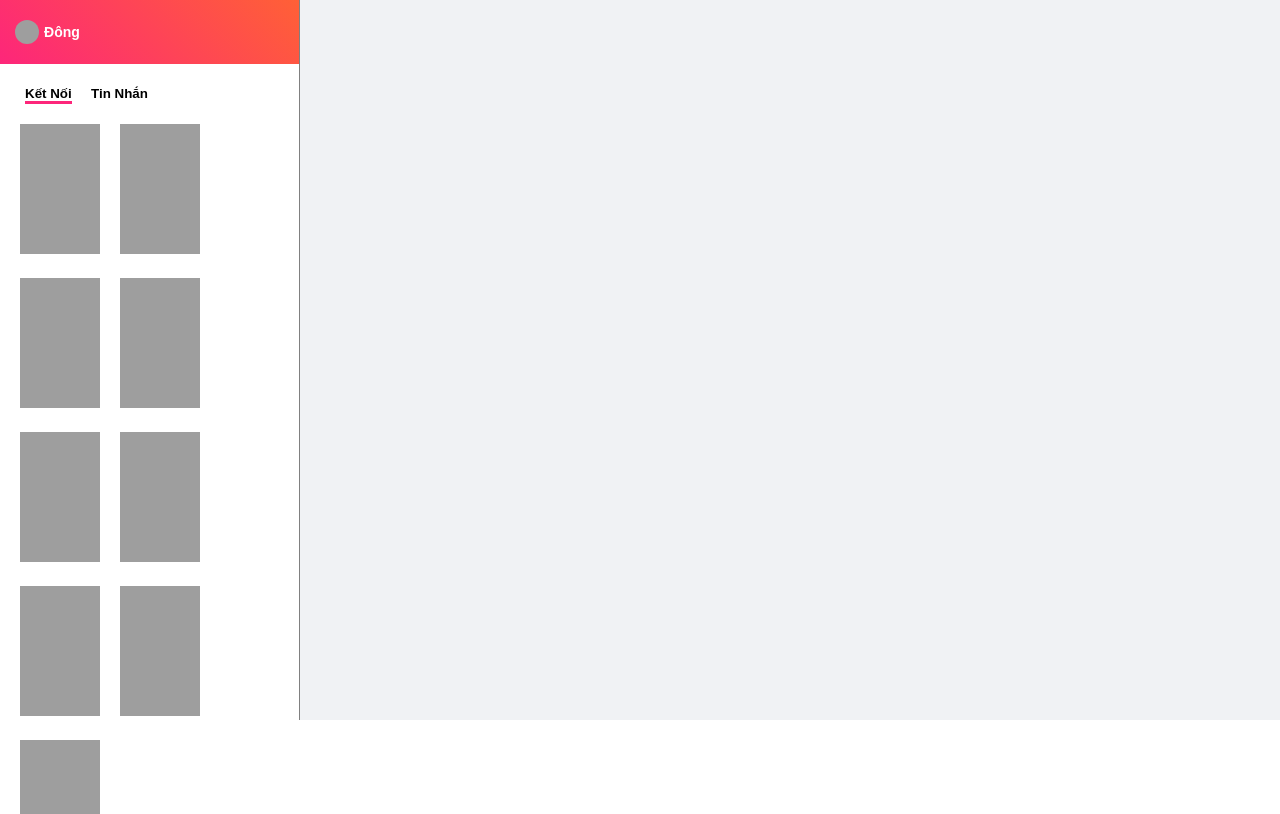
Repository: conquy2002/Project-Tinder
Page: Project RobinTinder/website/index.html
The author's editor kept a copy of each file at every save. The page is drawn from the files as they stood at one save, then again after the next save.
The browser window is 1280 px wide. The pictures show the whole page.
Pictures or frames that could not be fetched are drawn as grey boxes.

Above is the page before, as saved 2022-01-07 09:52:56.

### Project RobinTinder/website/index.html
<!DOCTYPE html>
<html lang="en">
<head>
    <meta charset="UTF-8">
    <meta http-equiv="X-UA-Compatible" content="IE=edge">
    <meta name="viewport" content="width=device-width, initial-scale=1.0">
    <title>Robin Hẹn hò</title>
    <link rel="stylesheet" href="./css/style.css" />
</head>
<body>
    <div class="main">
        <aside class="nav">
            <div class="nav__header">
                <div class="nav__hearder--profile">
                    <a href="#">
                        <img src = "https://scontent.fhph1-3.fna.fbcdn.net/v/t1.6435-1/c1.64.198.199a/p200x200/141433767_1108249559690088_990288042436184426_n.jpg?_nc_cat=107&ccb=1-5&_nc_sid=7206a8&_nc_ohc=5yxEM9Iimv0AX_4k7Ox&_nc_ht=scontent.fhph1-3.fna&oh=00_AT-vqYdzU7_RG4YwBws_REoHUQ_G1kzl29AkfIijrbwnXg&oe=61FCEA38">
                        <h3>Đông</h3>
                    </a>
                </div>
                <div class="nav__header--contact"></div>
            </div>
            <div class="nav__qc"></div>
            <div class="nav_content">
                <div class="nav_content-button">
                    <button type="button" class="nav-button nav-active" data-value = "ket_noi"><spam>Kết Nối</spam></button>
                    <button type="button" class="nav-button" data-value = "tin_nhan"><spam>Tin Nhắn</spam></button>
                </div>
                <div class="nav__content-main" id = "js_nav_content_main"></div>
            </div>
        </aside>
        <div class="content"></div>
    </div>
</body>
<script  type="text/javascript" src ="./js/main.js" ></script>
</html>

### Project RobinTinder/website/css/style.css
*{
    margin: 0;
    padding: 0;
    box-sizing: border-box;
}
body{
    font-family: sans-serif,Helvetica,Arial;
    overflow: hidden;
}
a{
    text-decoration: none;
}
.main{
    background-color: #f0f2f4;
    height: 100vh;
    width: 100%;
    display: flex;
}
.nav{
    flex-basis: 300px;
    height: 100%;
    border-right: .1px solid gray;
}
.nav__header{
    background: linear-gradient(
45deg,#fd267a,#ff6036);
    background-image: linear-gradient(
45deg, rgb(253, 38, 122), rgb(255, 96, 54));
    width: 100%;
    display: flex;
    overflow: hidden;
}
.nav__hearder--profile{
    padding: 15px 10px;
}
.nav__hearder--profile a{
    display: flex;
    padding: 5px;
    align-items: center;
    color: #fff;
    font-size: 12px;
    flex-basis: 25%;
    cursor: pointer;
}
.nav__hearder--profile img{
    height: 1.5rem;
    width: 1.5rem;
    border-radius: 50%;
    margin-right: 5px;
}
.nav__hearder--profile a:hover{
    background-color: rgba(0,0,0,.32)!important;
    border-radius: 36px;
}
.nav_content{
    background-color: #fff;
    padding: 10px;
    height: 100%;
}
.nav_content-button{
    padding: 10px;
}
.nav-button{
    border: none;
    background-color: #fff;
    font-weight: bold;
    cursor: pointer;
    margin-right: 10px;
    margin-left: 5px;
}
.nav-active{
    border-bottom: 3px solid #fd267a;
}
.nav__content-main{
    overflow: scroll;
    height: 100%;
    width: 100%;
    display: flex;
    flex-wrap: wrap;
}
.nav__content-main  .connection{
    position: relative;
}
.nav__content-main  .connection img{
    width: 80px;
    height: 130px;
    object-fit: cover;
    margin: 10px;
}
.nav__content-main .connection .connection_span{
    width: 90%;
    white-space: pre-wrap;
    position: absolute;
    /* left: 20px; */
    bottom: 50px;
    color: #fff;
}
.nav__content-main .connection .connection_span h3{
    position: absolute;
    font-size: 12px;
    hyphens: none;
    white-space: nowrap;
    text-overflow: ellipsis;
    overflow: hidden;
    max-width: 100%;
}
.content{

}

### Project RobinTinder/website/js/main.js
var ket_noi = [
    {
        img: "https://scontent.fhph1-3.fna.fbcdn.net/v/t1.6435-1/c1.64.198.199a/p200x200/141433767_1108249559690088_990288042436184426_n.jpg?_nc_cat=107&ccb=1-5&_nc_sid=7206a8&_nc_ohc=5yxEM9Iimv0AX_4k7Ox&_nc_ht=scontent.fhph1-3.fna&oh=00_AT-vqYdzU7_RG4YwBws_REoHUQ_G1kzl29AkfIijrbwnXg&oe=61FCEA38",
        name: "Nguyên Phấn Đông"
    }, {
        img: "https://scontent.fhph1-3.fna.fbcdn.net/v/t1.6435-1/c1.64.198.199a/p200x200/141433767_1108249559690088_990288042436184426_n.jpg?_nc_cat=107&ccb=1-5&_nc_sid=7206a8&_nc_ohc=5yxEM9Iimv0AX_4k7Ox&_nc_ht=scontent.fhph1-3.fna&oh=00_AT-vqYdzU7_RG4YwBws_REoHUQ_G1kzl29AkfIijrbwnXg&oe=61FCEA38",
        name: "Nguyên Phấn Đông"
    }, {
        img: "https://scontent.fhph1-3.fna.fbcdn.net/v/t1.6435-1/c1.64.198.199a/p200x200/141433767_1108249559690088_990288042436184426_n.jpg?_nc_cat=107&ccb=1-5&_nc_sid=7206a8&_nc_ohc=5yxEM9Iimv0AX_4k7Ox&_nc_ht=scontent.fhph1-3.fna&oh=00_AT-vqYdzU7_RG4YwBws_REoHUQ_G1kzl29AkfIijrbwnXg&oe=61FCEA38",
        name: "Nguyên Phấn Đông"
    }, {
        img: "https://scontent.fhph1-3.fna.fbcdn.net/v/t1.6435-1/c1.64.198.199a/p200x200/141433767_1108249559690088_990288042436184426_n.jpg?_nc_cat=107&ccb=1-5&_nc_sid=7206a8&_nc_ohc=5yxEM9Iimv0AX_4k7Ox&_nc_ht=scontent.fhph1-3.fna&oh=00_AT-vqYdzU7_RG4YwBws_REoHUQ_G1kzl29AkfIijrbwnXg&oe=61FCEA38",
        name: "Nguyên Phấn Đông"
    }, {
        img: "https://scontent.fhph1-3.fna.fbcdn.net/v/t1.6435-1/c1.64.198.199a/p200x200/141433767_1108249559690088_990288042436184426_n.jpg?_nc_cat=107&ccb=1-5&_nc_sid=7206a8&_nc_ohc=5yxEM9Iimv0AX_4k7Ox&_nc_ht=scontent.fhph1-3.fna&oh=00_AT-vqYdzU7_RG4YwBws_REoHUQ_G1kzl29AkfIijrbwnXg&oe=61FCEA38",
        name: "Nguyên Phấn Đông"
    }, {
        img: "https://scontent.fhph1-3.fna.fbcdn.net/v/t1.6435-1/c1.64.198.199a/p200x200/141433767_1108249559690088_990288042436184426_n.jpg?_nc_cat=107&ccb=1-5&_nc_sid=7206a8&_nc_ohc=5yxEM9Iimv0AX_4k7Ox&_nc_ht=scontent.fhph1-3.fna&oh=00_AT-vqYdzU7_RG4YwBws_REoHUQ_G1kzl29AkfIijrbwnXg&oe=61FCEA38",
        name: "Nguyên Phấn Đông"
    }, {
        img: "https://scontent.fhph1-3.fna.fbcdn.net/v/t1.6435-1/c1.64.198.199a/p200x200/141433767_1108249559690088_990288042436184426_n.jpg?_nc_cat=107&ccb=1-5&_nc_sid=7206a8&_nc_ohc=5yxEM9Iimv0AX_4k7Ox&_nc_ht=scontent.fhph1-3.fna&oh=00_AT-vqYdzU7_RG4YwBws_REoHUQ_G1kzl29AkfIijrbwnXg&oe=61FCEA38",
        name: "Nguyên Phấn Đông"
    }, {
        img: "https://scontent.fhph1-3.fna.fbcdn.net/v/t1.6435-1/c1.64.198.199a/p200x200/141433767_1108249559690088_990288042436184426_n.jpg?_nc_cat=107&ccb=1-5&_nc_sid=7206a8&_nc_ohc=5yxEM9Iimv0AX_4k7Ox&_nc_ht=scontent.fhph1-3.fna&oh=00_AT-vqYdzU7_RG4YwBws_REoHUQ_G1kzl29AkfIijrbwnXg&oe=61FCEA38",
        name: "Nguyên Phấn Đông"
    }, {
        img: "https://scontent.fhph1-3.fna.fbcdn.net/v/t1.6435-1/c1.64.198.199a/p200x200/141433767_1108249559690088_990288042436184426_n.jpg?_nc_cat=107&ccb=1-5&_nc_sid=7206a8&_nc_ohc=5yxEM9Iimv0AX_4k7Ox&_nc_ht=scontent.fhph1-3.fna&oh=00_AT-vqYdzU7_RG4YwBws_REoHUQ_G1kzl29AkfIijrbwnXg&oe=61FCEA38",
        name: "Nguyên Phấn Đông"
    }
]
const $ = document.querySelector.bind(document);
const $$ = document.querySelectorAll.bind(document);

window.onload = () => {
    ket_noi.forEach( a => {
        $("#js_nav_content_main").innerHTML += `
        <div class = "connection">
            <img src ="${a.img}"/>
            <span class = "connection_span"><h3>${a.name}</h3></span>
        </div>
        `
    })

}

After the next save:
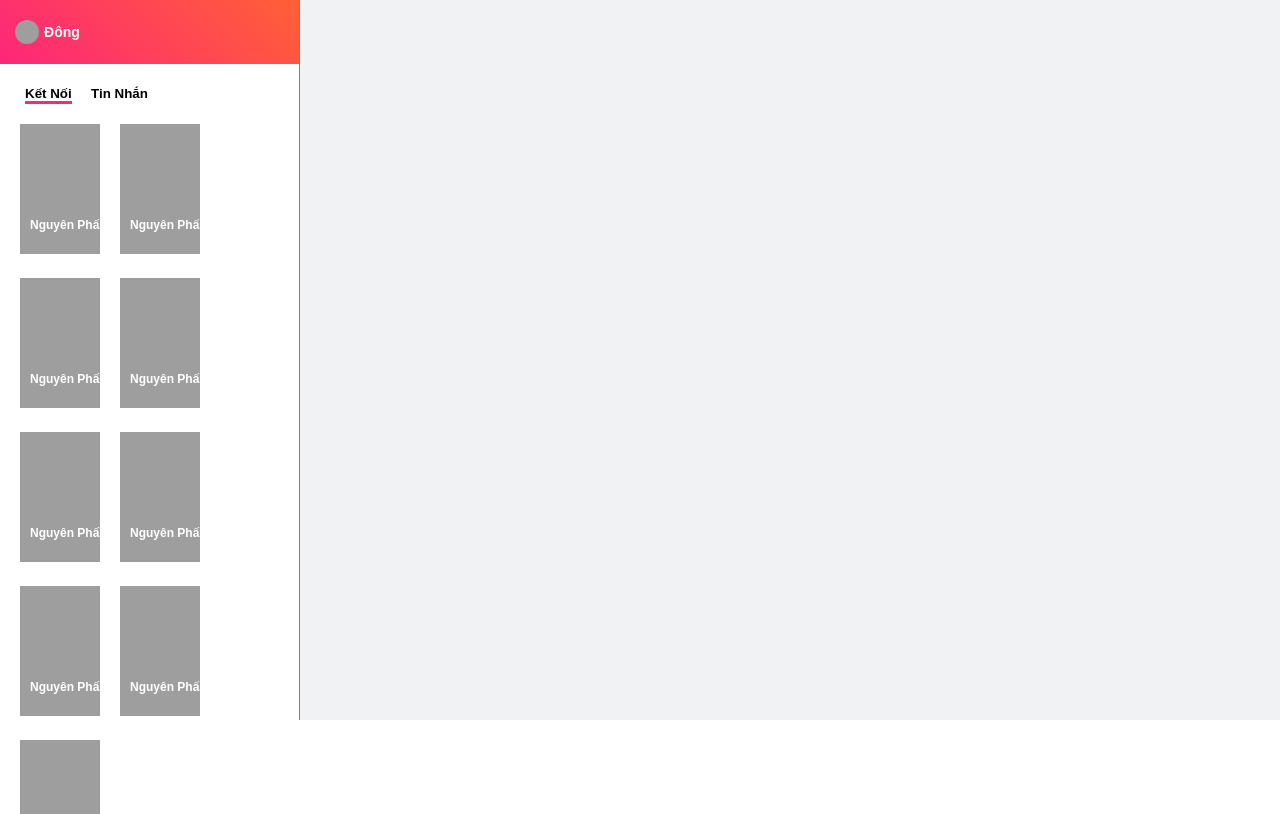
Saved 6 s later.
--- a/Project RobinTinder/website/css/style.css
+++ b/Project RobinTinder/website/css/style.css
@@ -91,7 +91,7 @@
     width: 90%;
     white-space: pre-wrap;
     position: absolute;
-    /* left: 20px; */
+    left: 20px;
     bottom: 50px;
     color: #fff;
 }
